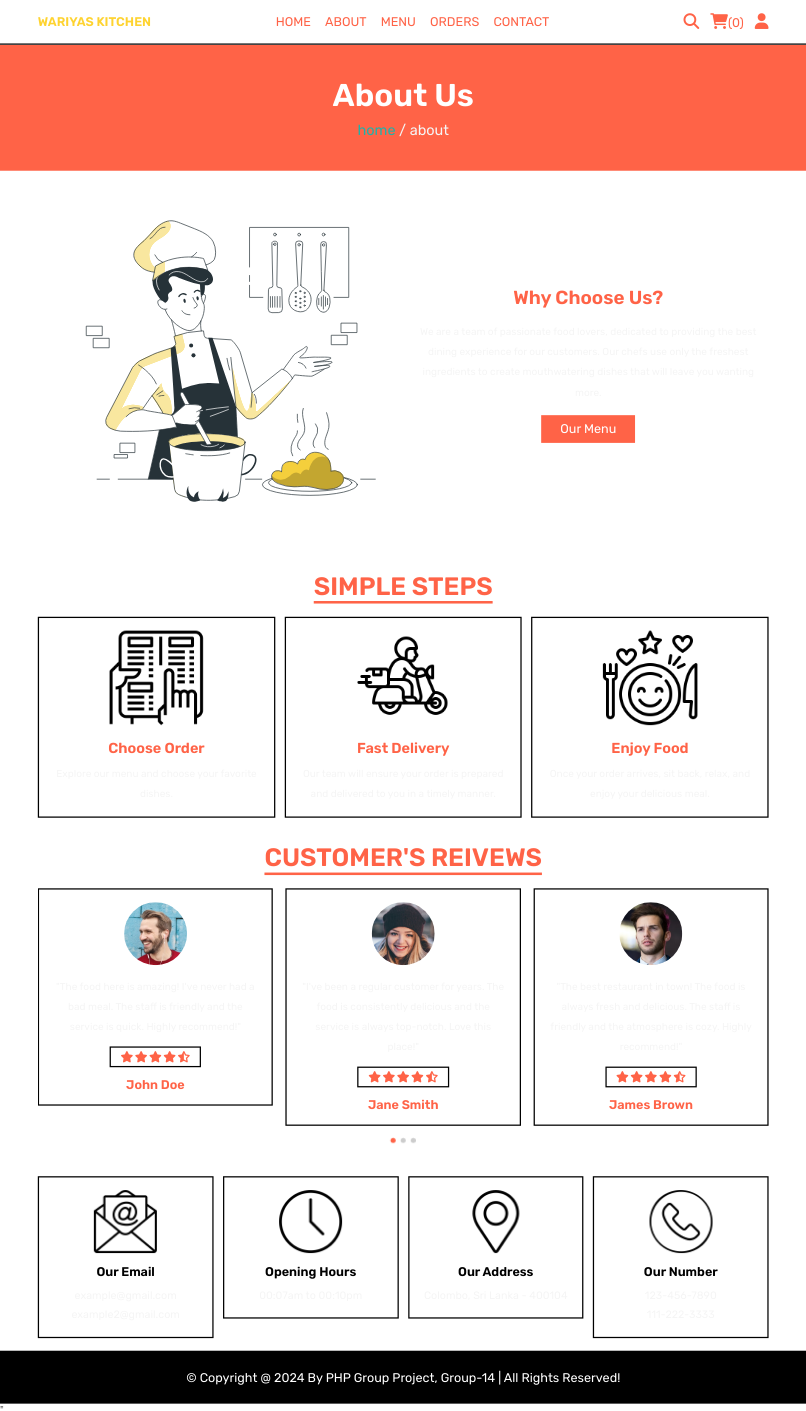
Repository: navodniwarshana/food_order_site
Page: http://localhost/about.php
An editor plug-in stored every save of this project. The page is shown before and after the next save, followed by the edit.
The browser window is 1280 px wide. The pictures show the whole page, at 63% of full size.
Some web libraries are served in a nearby version. The page is run by PHP 8.4 with error messages shown; the project is at /var/www/html/. Queries for data that is not in the repository find no rows.

Above is the page before, as saved 2024-09-27 18:40:19.
Console error: TypeError: Cannot read properties of null (reading 'style')

### about.php
<?php

include 'components/connect.php';

session_start();

if(isset($_SESSION['user_id'])){
   $user_id = $_SESSION['user_id'];
}else{
   $user_id = '';
};

?>

<!DOCTYPE html>
<html lang="en">
<head>
   <meta charset="UTF-8">
   <meta http-equiv="X-UA-Compatible" content="IE=edge">
   <meta name="viewport" content="width=device-width, initial-scale=1.0">
   <title>about</title>

   <link rel="stylesheet" href="https://unpkg.com/swiper@8/swiper-bundle.min.css" />

   <!-- font awesome cdn link  -->
   <link rel="stylesheet" href="https://cdnjs.cloudflare.com/ajax/libs/font-awesome/6.1.1/css/all.min.css">

   <!-- custom css file link  -->
   <link rel="stylesheet" href="css/style.css">

</head>
<body>

<!-- header section starts  -->
<?php include 'components/user_header.php'; ?>
<!-- header section ends -->

<div class="heading">
   <h3>about us</h3>
   <p><a href="home.php">home</a> <span> / about</span></p>
</div>

<!-- about section starts  -->

<section class="about">

   <div class="row">

      <div class="image">
         <img src="images/about-img.svg" alt="">
      </div>

      <div class="content">
         <h3>why choose us?</h3>
         <p>We are a team of passionate food lovers, dedicated to providing the best dining experience for our customers. Our chefs use only the freshest ingredients to create mouthwatering dishes that will leave you wanting more.</p>
         <a href="menu.html" class="btn">our menu</a>
      </div>

   </div>

</section>

<!-- about section ends -->

<!-- steps section starts  -->

<section class="steps">

   <h1 class="title">simple steps</h1>

   <div class="box-container">

      <div class="box">
         <img src="images/step-1.png" alt="">
         <h3>choose order</h3>
         <p>Explore our menu and choose your favorite dishes.</p>
      </div>

      <div class="box">
         <img src="images/step-2.png" alt="">
         <h3>fast delivery</h3>
         <p>Our team will ensure your order is prepared and delivered to you in a timely manner.</p>
      </div>

      <div class="box">
         <img src="images/step-3.png" alt="">
         <h3>enjoy food</h3>
         <p>Once your order arrives, sit back, relax, and enjoy your delicious meal.</p>
      </div>

   </div>

</section>

<!-- steps section ends -->

<!-- reviews section starts  -->

<section class="reviews">

   <h1 class="title">customer's reivews</h1>

   <div class="swiper reviews-slider">

      <div class="swiper-wrapper">

         <div class="swiper-slide slide">
            <img src="images/pic-1.png" alt="">
            <p>"The food here is amazing! I've never had a bad meal. The staff is friendly and the service is quick. Highly recommend!"</p>
            <div class="stars">
               <i class="fas fa-star"></i>
               <i class="fas fa-star"></i>
               <i class="fas fa-star"></i>
               <i class="fas fa-star"></i>
               <i class="fas fa-star-half-alt"></i>
            </div>
            <h3>John Doe</h3>
         </div>

         <div class="swiper-slide slide">
            <img src="images/pic-2.png" alt="">
            <p>"I've been a regular customer for years. The food is consistently delicious and the service is always top-notch. Love this place!"</p>
            <div class="stars">
               <i class="fas fa-star"></i>
               <i class="fas fa-star"></i>
               <i class="fas fa-star"></i>
               <i class="fas fa-star"></i>
               <i class="fas fa-star-half-alt"></i>
            </div>
            <h3>Jane Smith</h3>
         </div>

         <div class="swiper-slide slide">
            <img src="images/pic-3.png" alt="">
            <p>"The best restaurant in town! The food is always fresh and delicious. The staff is friendly and the atmosphere is cozy. Highly recommend!"</p>
            <div class="stars">
               <i class="fas fa-star"></i>
               <i class="fas fa-star"></i>
               <i class="fas fa-star"></i>
               <i class="fas fa-star"></i>
               <i class="fas fa-star-half-alt"></i>
            </div>
            <h3>James Brown</h3>
         </div>

      </div>

      <div class="swiper-pagination"></div>

   </div>

</section>

<!-- reviews section ends -->



















<!-- footer section starts  -->
<?php include 'components/footer.php'; ?>
<!-- footer section ends -->=






<script src="https://unpkg.com/swiper@8/swiper-bundle.min.js"></script>

<!-- custom js file link  -->
<script src="js/script.js"></script>

<script>

var swiper = new Swiper(".reviews-slider", {
   loop:true,
   grabCursor: true,
   spaceBetween: 20,
   pagination: {
      el: ".swiper-pagination",
      clickable:true,
   },
   breakpoints: {
      0: {
      slidesPerView: 1,
      },
      700: {
      slidesPerView: 2,
      },
      1024: {
      slidesPerView: 3,
      },
   },
});

</script>

</body>
</html>

### components/user_header.php
<?php
if(isset($message)){
   foreach($message as $message){
      echo '
      <div class="message">
         <span>'.$message.'</span>
         <i class="fas fa-times" onclick="this.parentElement.remove();"></i>
      </div>
      ';
   }
}
?>

<header class="header">

   <section class="flex">

      <a href="home.php" style="font-size: 2rem; font-weight: bold; color: #fed330; text-decoration: none;">WARIYAS KITCHEN</a>

      <nav class="navbar">
         <a href="home.php" style="text-transform: uppercase;">HOME</a>
         <a href="about.php" style="text-transform: uppercase;">ABOUT</a>
         <a href="menu.php" style="text-transform: uppercase;">MENU</a>
         <a href="orders.php" style="text-transform: uppercase;">ORDERS</a>
         <a href="contact.php" style="text-transform: uppercase;">CONTACT</a>
      </nav>

      <div class="icons">
         <?php
            $count_cart_items = $conn->prepare("SELECT * FROM `cart` WHERE user_id = ?");
            $count_cart_items->execute([$user_id]);
            $total_cart_items = $count_cart_items->rowCount();
         ?>
         <a href="search.php"><i class="fas fa-search"></i></a>
         <a href="cart.php"><i class="fas fa-shopping-cart"></i><span>(<?= $total_cart_items; ?>)</span></a>
         <div id="user-btn" class="fas fa-user"></div>
         <div id="menu-btn" class="fas fa-bars"></div>
      </div>

      <div class="profile">
         <?php
            $select_profile = $conn->prepare("SELECT * FROM `users` WHERE id = ?");
            $select_profile->execute([$user_id]);
            if($select_profile->rowCount() > 0){
               $fetch_profile = $select_profile->fetch(PDO::FETCH_ASSOC);
         ?>
         <p class="name"><?= $fetch_profile['name']; ?></p>
         <div class="flex">
            <a href="profile.php" class="btn">profile</a>
            <a href="components/user_logout.php" onclick="return confirm('logout from this website?');" class="delete-btn">logout</a>
         </div>
         <p class="account">
            <a href="login.php">login</a> or
            <a href="register.php">register</a>
         </p>
         <?php
            }else{
         ?>
            <p class="name">please login first!</p>
            <a href="login.php" class="btn">login</a>
         <?php
          }
         ?>
      </div>

   </section>

</header>

### components/footer.php
<footer class="footer">

   <section class="grid">

      <div class="box">
         <img src="images/email-icon.png" alt="">
         <h3>our email</h3>
         <a href="mailto:example@gmail.com">example@gmail.com</a>
         <a href="mailto:example2@gmail.com">example2@gmail.com</a>
      </div>

      <div class="box">
         <img src="images/clock-icon.png" alt="">
         <h3>opening hours</h3>
         <p>00:07am to 00:10pm</p>
      </div>

      <div class="box">
         <img src="images/map-icon.png" alt="">
         <h3>our address</h3>
         <a href="#">Colombo, Sri Lanka - 400104</a>
      </div>

      <div class="box">
         <img src="images/phone-icon.png" alt="">
         <h3>our number</h3>
         <a href="tel:1234567890">123-456-7890</a>
         <a href="tel:1112223333">111-222-3333</a>
      </div>

   </section>

   <div class="credit">&copy; copyright @ <?= date('Y'); ?> by <span>PHP Group Project, Group-14</span> | all rights reserved!</div>

</footer>

<!-- <div class="loader">
   <img src="images/loader.gif" alt="">
</div> -->

Loaded but not shown: components/connect.php (common file); images/about-img.svg (1 lines, source omitted); js/script.js (34 lines, source omitted); css/style.css (1075 lines, source omitted)

After the next save:
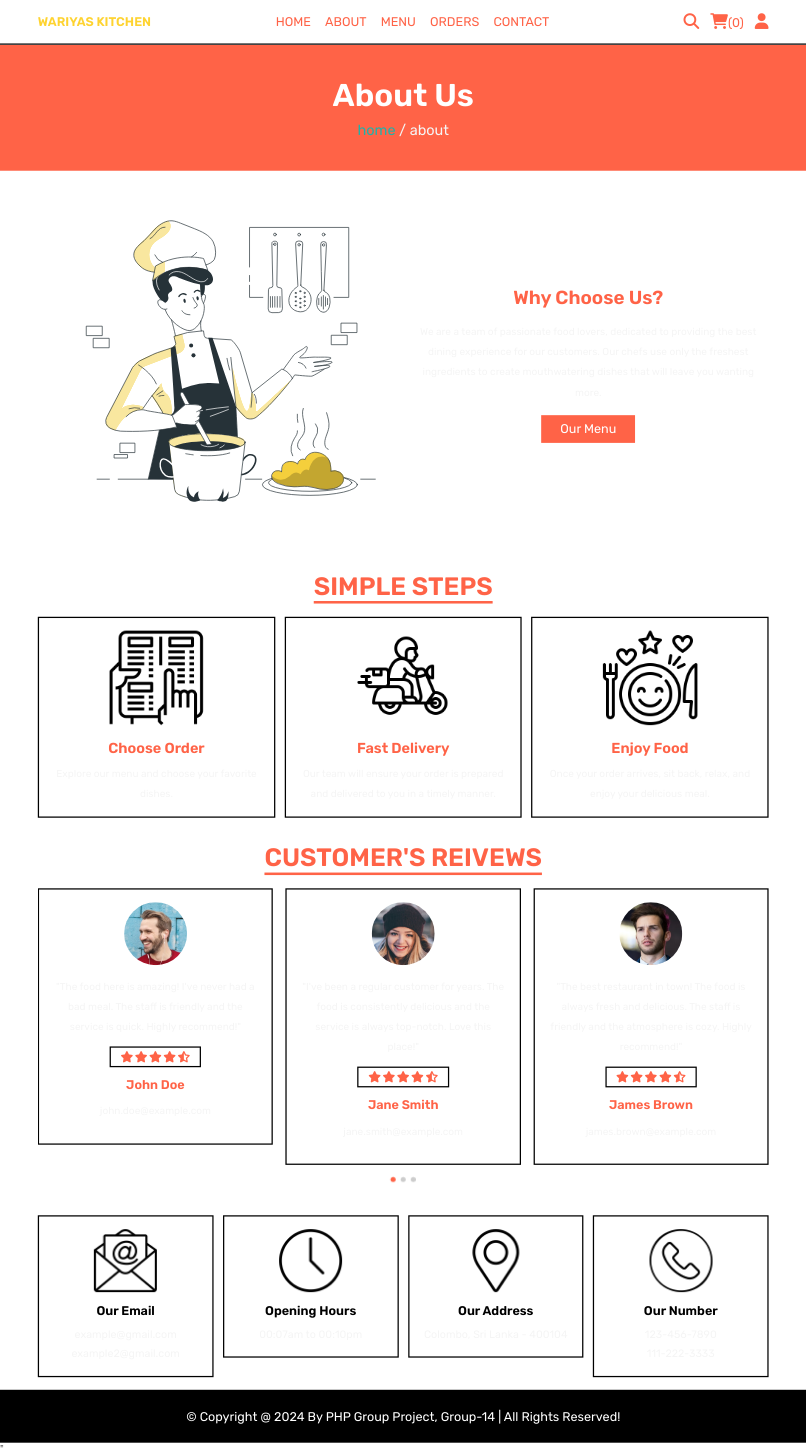
Saved 74 s later.
--- a/about.php
+++ b/about.php
@@ -115,6 +115,7 @@ if(isset($_SESSION['user_id'])){
                <i class="fas fa-star-half-alt"></i>
             </div>
             <h3>John Doe</h3>
+            <p>john.doe@example.com</p>
          </div>
 
          <div class="swiper-slide slide">
@@ -128,6 +129,7 @@ if(isset($_SESSION['user_id'])){
                <i class="fas fa-star-half-alt"></i>
             </div>
             <h3>Jane Smith</h3>
+            <p>jane.smith@example.com</p>
          </div>
 
          <div class="swiper-slide slide">
@@ -141,6 +143,7 @@ if(isset($_SESSION['user_id'])){
                <i class="fas fa-star-half-alt"></i>
             </div>
             <h3>James Brown</h3>
+            <p>james.brown@example.com</p>
          </div>
 
       </div>
